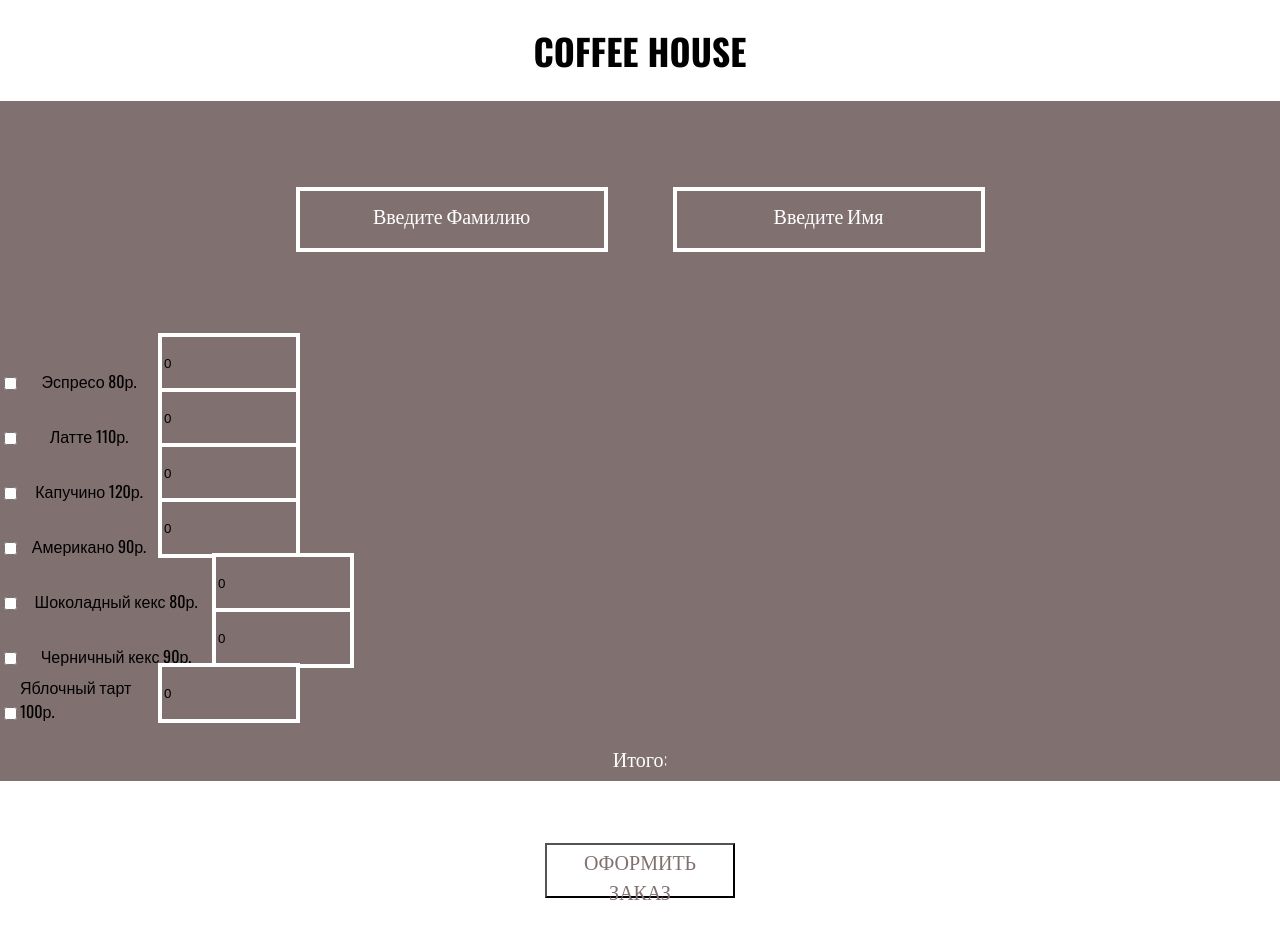
Repository: Valera1994/WebTestProject
Page: New2/index.html
The author's editor kept a copy of each file at every save. The page is drawn from the files as they stood at one save, then again after the next save.
The browser window is 1280 px wide. The pictures show the whole page.

Above is the page before, as saved 2025-07-20 22:16:52.

After the next save:
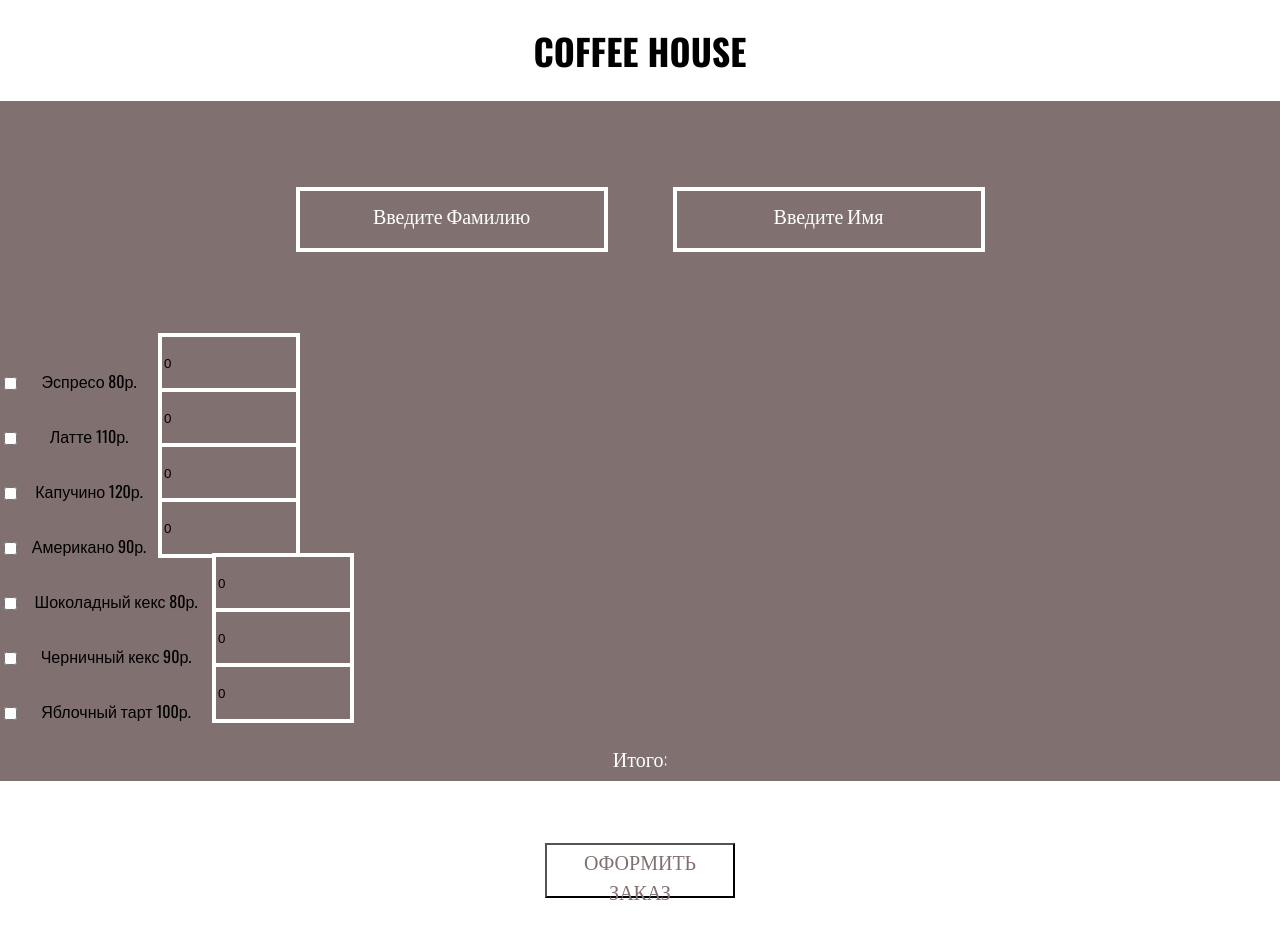
Saved 15 s later.
--- a/New2/index.html
+++ b/New2/index.html
@@ -49,7 +49,7 @@
                 <label for="chern">Черничный кекс 90р.</label>
                 <input class="price" type="number" min="0" value="0" placeholder="0">
             </div>
-            <div class="form_checkbox check1">
+            <div class="form_checkbox check2">
                 <input type="checkbox" id="coffee" name="apple" value="choise1">
                 <label for="apple">Яблочный тарт 100р.</label>
                 <input class="price" type="number" min="0" value="0" placeholder="0">
